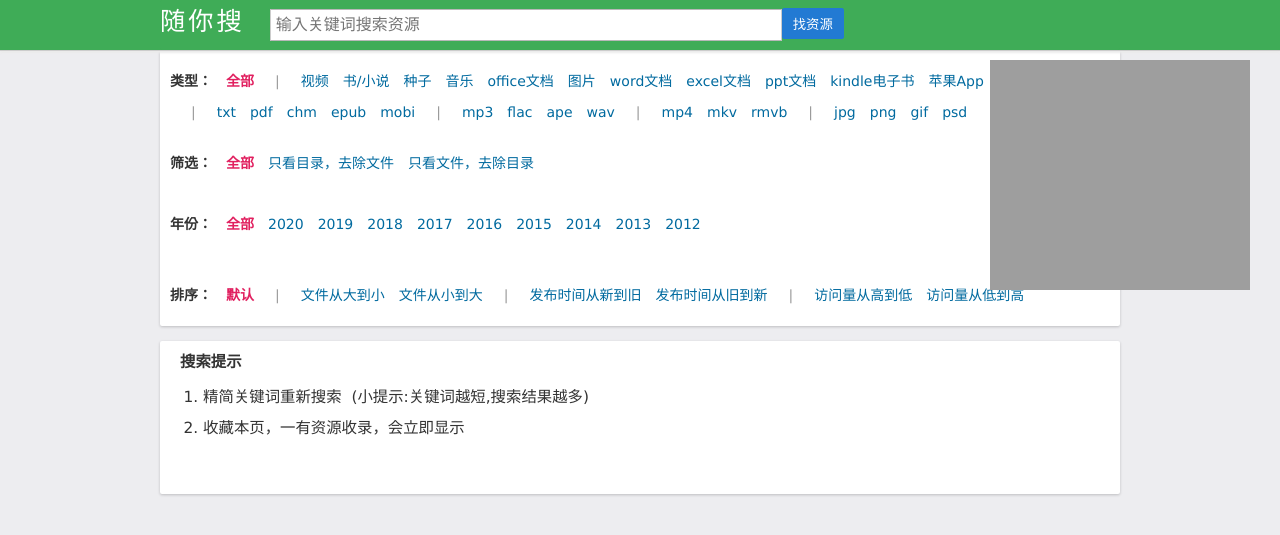
Repository: youngsailsail/nodeStudy
Page: / (app in 爬虫/前端vue/search-book/)
These files come from the project's save history. The page is drawn as it stood at one moment and after the next save; the edit follows.
The browser window is 1280 px wide. The pictures show the whole page.
Pictures or frames that could not be fetched are drawn as grey boxes. The project was rebuilt for these pictures with package versions that can differ from the ones it lists, and the page was loaded fresh each time. Also part of the build but not shown: 爬虫/前端vue/search-book/vue.config.js.

Above is the page before, as saved 2020-05-09 22:45:36.

### 爬虫/前端vue/search-book/src/App.vue
<template>
  <div id="app">
    <Search />
    <FilterBook />
    <List />
  </div>
</template>

<script>
import Search from "./components/Search.vue";
import FilterBook from "./components/FilterBook.vue";
import List from "./components/List.vue";

export default {
  name: "App",
  components: {
    Search,
    FilterBook,
    List
  }
};
</script>

<style>
@import "./assets/css/screen.css";
@import "./assets/css/app.css";
</style>

### 爬虫/前端vue/search-book/src/assets/css/screen.css
/* reset.css */
html {margin:0;padding:0;border:0;}
body, div, span, object, iframe, h1, h2, h3, h4, h5, h6, p, blockquote, pre, a, abbr, acronym, address, code, del, dfn, em, img, q, dl, dt, dd, ol, ul, li, fieldset, form, label, legend, table, caption, tbody, tfoot, thead, tr, th, td, article, aside, dialog, figure, footer, header, hgroup, nav, section {margin:0;padding:0;border:0;font-size:100%;font:inherit;vertical-align:baseline;}
body {line-height:1.5;background:white;}
table {border-collapse:separate;border-spacing:0;}
caption, th, td {text-align:left;font-weight:normal;float:none !important;}
table, th, td {vertical-align:middle;}
blockquote:before, blockquote:after, q:before, q:after {content:'';}
blockquote, q {quotes:"" "";}
a img {border:none;}
:focus {outline:0;}

/* typography.css */
html {font-size:100.01%;}
body {font-size:75%;color:#222;background:#fff;font-family:"Helvetica Neue", Arial, Helvetica, sans-serif;}
a {color:#336699;text-decoration:none;}
a:focus, a:hover {color:#fff;background-color:#336699;}
h1, h2, h3, h4, h5, h6 {font-weight:normal;color:#111;}
h1 {font-size:3em;line-height:1;margin-bottom:0.5em;}
h2 {font-size:2em;margin-bottom:0.75em;}
h3 {font-size:1.5em;line-height:1;margin-bottom:1em;}
h4 {font-size:1.2em;line-height:1.25;margin-bottom:1.25em;}
h5 {font-size:1em;font-weight:bold;margin-bottom:1.5em;}
h6 {font-size:1em;font-weight:bold;}
h1 img, h2 img, h3 img, h4 img, h5 img, h6 img {margin:0;}
p {margin:0 0 1.5em;}
p .left {margin:1.5em 1.5em 1.5em 0;padding:0;}
p .right {margin:1.5em 0 1.5em 1.5em;padding:0;}
img.left {float:left;margin:1.5em 1.5em 1.5em 0;padding:0;}
img.right {float:right;margin:1.5em 0 1.5em 1.5em;}
blockquote {margin:1.5em;color:#666;font-style:italic;}
strong,dfn {font-weight:bold;}
em, dfn {font-style:italic;}
sup, sub {line-height:0;}
abbr, acronym {border-bottom:1px dotted #666;}
address {margin:0 0 1.5em;font-style:italic;}
del {color:#666;}
pre {margin:1.5em 0;white-space:pre;}
pre, code, tt {font:1em 'andale mono', 'lucida console', monospace;line-height:1.5;}
li ul, li ol {margin:0;}
ul, ol {margin:0;}
ul {list-style-type:disc;}
ol {list-style-type:decimal;}
dl {margin:0 0 1.5em 0;}
dl dt {font-weight:bold;}
dd {margin-left:1.5em;}
table {width:100%;}
th {font-weight:bold;}
thead th {background:#c3d9ff;}
th, td, caption {padding:4px 10px 4px 5px;}
tr.even td {background:#e5ecf9;}
tfoot {font-style:italic;}
caption {background:#eee;}

/* forms.css */
label {font-weight:bold;}
fieldset {padding:0 1.4em 1.4em 1.4em;margin:0 0 1.5em 0;border:1px solid #e0e0e0;}
legend {font-weight:bold;font-size:1.2em;margin-top:-0.2em;margin-bottom:1em;}
fieldset, #IE8#HACK {padding-top:1.4em;}
legend, #IE8#HACK {margin-top:0;margin-bottom:0;}
input[type=text], input[type=password], input[type=url], input[type=email], input.text, input.title, textarea {background-color:#fff;border:1px solid #e0e0e0;color:#000;}
input[type=text]:focus, input[type=password]:focus, input[type=url]:focus, input[type=email]:focus, input.text:focus, input.title:focus, textarea:focus {border-color:#7FB9F8;}
select {background-color:#fff;border-width:1px;border-style:solid;}
input[type=text], input[type=password], input[type=url], input[type=email], input.text, input.title, textarea, select {margin:0.5em 0;}
textarea.text, textarea.title input.text, input.title {width:300px;padding:5px;}
textarea.title, input.title {font-size:1.5em;}
textarea {width:390px;height:250px;padding:5px;}
form.inline {line-height:3;}
form.inline p {margin-bottom:0;}

/* grid.css */
.container {width:990px;margin:0 auto;}
.column, div.span-1, div.span-2, div.span-3, div.span-4, div.span-5, div.span-6, div.span-7, div.span-8, div.span-9, div.span-10, div.span-11, div.span-12, div.span-13, div.span-14, div.span-15, div.span-16, div.span-17, div.span-18, div.span-19, div.span-20, div.span-21, div.span-22, div.span-23, div.span-24 {float:left;}
.last, div.last {margin:0 0 0 10px;}
.span-1 {width:50px;}
.span-2 {width:90px;}
.span-3 {width:130px;}
.span-4 {width:185px;}
.span-5 {width:210px;}
.span-6 {width:260px;}
.span-7 {width:290px;}
.span-8 {width:330px;}
.span-9 {width:370px;}
.span-10 {width:410px;}
.span-11 {width:435px;}
.span-12 {width:480px;}
.span-13 {width:515px;}
.span-14 {width:555px;}
.span-15 {width:595px;}
.span-16 {width:635px;}
.span-17 {width:675px;}
.span-18 {width:720px;}
.span-19 {width:770px;}
.span-20 {width:795px;}
.span-21 {width:835px;}
.span-22 {width:875px;}
.span-23 {width:915px;}
.span-24, div.span-24 {width:990px;margin:0;}
hr {background:#ddd;color:#ddd;clear:both;float:none;width:100%;height:.1em;margin:0 0 1.45em;border:none;}
hr.space {background:#fff;color:#fff;}
.container:after {content:"\0020";display:block;height:0;clear:both;visibility:hidden;overflow:hidden;}
.container {display:block;}

### 爬虫/前端vue/search-book/src/components/Search.vue
<template>
  <div class="top-fix-nav">
    <div class="container no-c-border">
      <span class="name">
        <a href="http://www.rufengso.net/">随你搜</a>
      </span>
      <form style="display:inline" @submit.prevent="submit">
        <input
          placeholder="输入关键词搜索资源"
          autocomplete="off"
          maxlength="255"
          type="text"
          class="title"
          name="n"
          v-model="searchTxt"
        />
        <input type="submit" class="s_btn" value="找资源" />
        <!-- <input type="checkbox" id="close_sug" class="sep-left1" checked="checked" />
        <span class="white small2">关闭搜索提示</span>-->
      </form>
    </div>
  </div>
</template>
<script>
import { mapActions } from "vuex";
export default {
  data() {
    return {
      searchTxt: ""
    };
  },
  methods: {
    ...mapActions(["getListData"]),
    submit(e) {
      if (!this.searchTxt) {
        alert("请先输入资源名称");
        return;
      }
      const query = {
        n: this.searchTxt,
        isSearch: true
      };
      this.getListData(query);
    }
  }
};
</script>

### 爬虫/前端vue/search-book/src/components/FilterBook.vue
<template>
  <div class="container sep15-">
    <div class="iframe">
      <iframe height="230" width="260" src="https://www.ximalaya.com/thirdparty/player/album/player.html?id=34013148&type=red" frameborder=0 allowfullscreen></iframe>
    </div>
    <div class="search-toolbox">
      <div class="sep sep1">
        <b>类型：</b>
        <a class="on sep1 isAll" rel="nofollow" data="f-">全部</a>
        <span class="sep">|</span>
        <a rel="nofollow" data="f-f4" title="搜索文件类型：mp4 mkv rmvb avi flv vob mpg">视频</a>
        <a rel="nofollow" data="f-f2" title="搜索文件类型：txt pdf chm rtf epub mobi azw azw3 kfx">书/小说</a>
        <a rel="nofollow" data="f-f5" title="搜索文件类型：torrent">种子</a>
        <a rel="nofollow" data="f-f3" title="搜索文件类型：mp3 flac ape wav">音乐</a>
        <a rel="nofollow" data="f-f1" title="搜索文件类型：doc docx xls xlsx ppt pptx wps">office文档</a>
        <a rel="nofollow" data="f-f6" title="搜索文件类型：jpg jpeg png gif bmp">图片</a>
        <a rel="nofollow" data="f-f7" title="搜索文件类型：doc docx">word文档</a>
        <a rel="nofollow" data="f-f8" title="搜索文件类型：xls xlsx">excel文档</a>
        <a rel="nofollow" data="f-f9" title="搜索文件类型：ppt pptx">ppt文档</a>
        <a rel="nofollow" data="f-f10" title="搜索文件类型：mobi azw azw3 kfx">kindle电子书</a>
        <a rel="nofollow" data="f-f11" title="搜索文件类型：ipa">苹果App</a>
        <a rel="nofollow" data="f-f12" title="搜索文件类型：apk">安卓App</a>
        <a rel="nofollow" data="f-f13" title="搜索文件类型：zip rar 7z gzip tar gz bz2">压缩包</a>
        <span class="sep">|</span>
        <a rel="nofollow" data="f-txt">txt</a>
        <a rel="nofollow" data="f-pdf">pdf</a>
        <a rel="nofollow" data="f-chm">chm</a>
        <a rel="nofollow" data="f-epub">epub</a>
        <a rel="nofollow" data="f-mobi">mobi</a>
        <span class="sep">|</span>
        <a rel="nofollow" data="f-mp3">mp3</a>
        <a rel="nofollow" data="f-flac">flac</a>
        <a rel="nofollow" data="f-ape">ape</a>
        <a rel="nofollow" data="f-wav">wav</a>
        <span class="sep">|</span>
        <a rel="nofollow" data="f-mp4">mp4</a>
        <a rel="nofollow" data="f-mkv">mkv</a>
        <a rel="nofollow" data="f-rmvb">rmvb</a>
        <span class="sep">|</span>
        <a rel="nofollow" data="f-jpg">jpg</a>
        <a rel="nofollow" data="f-png">png</a>
        <a rel="nofollow" data="f-gif">gif</a>
        <a rel="nofollow" data="f-psd">psd</a>
        <span class="sep">|</span>
        <a rel="nofollow" data="f-rar">rar</a>
        <a rel="nofollow" data="f-zip">zip</a>
        <a rel="nofollow" data="f-7z">7z</a>
      </div>
      <div class="sep sep2">
        <b>筛选：</b>
        <a class="on sep2 isAll" rel="nofollow" data="nd-">全部</a>
        <a rel="nofollow" data="nd-d">只看目录，去除文件</a>
        <a rel="nofollow" data="nd-f">只看文件，去除目录</a>
      </div>
      <div class="sep sep3">
        <b>年份：</b>
        <a class="on sep3 isAll" rel="nofollow" data="y-" title="只看全部年分享的资源">全部</a>
        <a rel="nofollow" data="y-2020" title="只看2020年分享的资源">2020</a>
        <a rel="nofollow" data="y-2019" title="只看2019年分享的资源">2019</a>
        <a rel="nofollow" data="y-2018" title="只看2018年分享的资源">2018</a>
        <a rel="nofollow" data="y-2017" title="只看2017年分享的资源">2017</a>
        <a rel="nofollow" data="y-2016" title="只看2016年分享的资源">2016</a>
        <a rel="nofollow" data="y-2015" title="只看2015年分享的资源">2015</a>
        <a rel="nofollow" data="y-2014" title="只看2014年分享的资源">2014</a>
        <a rel="nofollow" data="y-2013" title="只看2013年分享的资源">2013</a>
        <a rel="nofollow" data="y-2012" title="只看2012年分享的资源">2012</a>
      </div>
      <div class="sep sep4">
        <b>排序：</b>
        <a class="on sep4 isAll" rel="nofollow" data="s-" isAll>默认</a>
        <span class="sep">|</span>
        <a rel="nofollow" data="s-size1">文件从大到小</a>
        <a rel="nofollow" data="s-size2">文件从小到大</a>
        <span class="sep">|</span>
        <a rel="nofollow" data="s-feedtime1">发布时间从新到旧</a>
        <a rel="nofollow" data="s-feedtime2">发布时间从旧到新</a>
        <span class="sep">|</span>
        <a rel="nofollow" data="s-vcnt1">访问量从高到低</a>
        <a rel="nofollow" data="s-vcnt2">访问量从低到高</a>
      </div>
    </div>
  </div>
</template>
<script>
import { mapState, mapActions, mapMutations } from "vuex";
export default {
  data() {
    return {
      queryObj: {}
    };
  },
  computed: {
    ...mapState(["listData"])
  },
  mounted() {
    let that = this;
    document.querySelectorAll(".search-toolbox a").forEach(element => {
      element.addEventListener("click", function() {
        let parentClass = this.parentNode.classList[1];
        let selectClass = `.on.${parentClass}`;
        if (document.querySelector(selectClass)) {
          document
            .querySelector(selectClass)
            .classList.remove("on", parentClass);
        }
        this.classList.add("on", parentClass);
        let [key, val] = this.getAttribute("data").split("-");
        that.queryObj = {
          ...that.queryObj,
          [key]: val
        };
        that.getData();
      });
    });
  },
  watch: {
    listData(newVal, oldVal) {
      if (!newVal) return;
      const { isSearch } = newVal;
      if (isSearch) {
        this.queryObj = {};
        this.setQueryObj({});
        this.$forceUpdate();
        document.querySelectorAll("a.on").forEach(element => {
          let parentClass = element.parentNode.classList[1];
          element.classList.remove("on", parentClass);
        });
        document.querySelectorAll("a.isAll").forEach(element => {
          let parentClass = element.parentNode.classList[1];
          element.classList.add("on", parentClass);
        });
      }
    }
  },
  methods: {
    ...mapActions(["getListData"]),
    ...mapMutations(["setQueryObj"]),
    getData() {
      let query = {
        n: this.listData.bookName,
        isFilter: true,
        ...this.queryObj
      };
      this.setQueryObj(query);
      if (!this.listData.bookName) return;
      this.getListData(query);
    }
  }
};
</script>
<style lang="scss" scoped>
.container {
  position: relative;
}
.iframe {
  position: fixed;
  right: 30px;
  top: 60px;
}
.container {
  padding-top: 51px;
}
.search-toolbox a {
  cursor: pointer;
  text-decoration: none;
}
</style>

### 爬虫/前端vue/search-book/src/components/List.vue
<template>
  <div class="container" v-if="listData">
    <div class="search-page">
      <div v-if="listData.bookName">
        随你搜为您找到
        <h1 class="inline">
          <span class="red sep-both05 bold">{{listData.bookName}}</span>相关的网盘资源
        </h1>
        <span class="red sep-both05 bold">{{listData.count}}</span>条
      </div>
      <div class="row" style="background-color: white;" v-for="(item,index) in listData.list" :key="index">
        <h3>
          <a @click="toDetail(item)" :title="item.title" @click.prevent="getSource(item)" class="box-title">
            <span class="highlight">{{item.title}}</span>
          </a>
        </h3>
        <p>
          <img :title="item.type" width="16" height="16" :src="item.src" />&nbsp;&nbsp;
          <span class="size">{{item.size}}</span>
          <span class="small">由{{item.author}} &nbsp; ---- &nbsp;于{{item.date}}发布</span>
        </p>
      </div>
      <div class="page-list" v-if="listData.bookName && listData.count">
        <button title="上一页" :disabled="currentPage==1" @click.prevent="toGetData(currentPage-1)">上一页</button>
        <span class="current">&nbsp;&nbsp;第{{currentPage}}页&nbsp;&nbsp;</span>
        <button title="下一页" :disabled="currentPage==pageCount" @click.prevent="toGetData(currentPage+1)">下一页</button>&nbsp;
        <a v-show="pageCount>1&&currentPage<pageCount" title="尾页" @click.prevent="toGetData(pageCount)">尾页</a>
        <a v-show="pageCount>1&&currentPage==pageCount" title="首页" @click.prevent="toGetData(1)">首页</a>
        <br />跳页&nbsp;
        <input name="custompage" class="custompage" title="输入页码，按回车快速跳转" type="number" v-model.trim="size" @keydown.enter="toGetData(size)" :max="pageCount" :min="1" /> &nbsp;/{{pageCount}}页&nbsp;&nbsp;
        <span class="pcount">共{{pageCount}}页&nbsp;&nbsp;</span>
        <span class="total">{{listData.count}}项&nbsp;&nbsp;</span>&nbsp;&nbsp;
        <span v-if="size>pageCount" class="highlight">输入值最大为{{pageCount}}</span>
      </div>
      <div class="search-page" v-else>
        <div class="sep large" style="padding-top:10px">
          <b>搜索提示</b>
          <ol>
            <li>精简关键词重新搜索&nbsp;&nbsp;(小提示:关键词越短,搜索结果越多)</li>
            <li>收藏本页，一有资源收录，会立即显示</li>
          </ol>
        </div>
        <br class="bothall" />
      </div>
    </div>
    <div style="margin-top:30px"></div>
  </div>
</template>
<script>
import { mapState, mapActions } from "vuex";
export default {
  data() {
    return {
      currentPage: 1,
      size: 1,
      source: null
    };
  },
  computed: {
    ...mapState(["listData", "queryObj"]),
    pageCount() {
      return Math.ceil(this.listData.count / 30);
    }
  },
  methods: {
    ...mapActions(["getListData"]),
    toGetData(index) {
      if (index > this.pageCount) {
        return;
      }
      this.currentPage = index;
      if (!this.listData.bookName) return;
      const query = {
        ...this.queryObj,
        n: this.listData.bookName,
        pageIndex: index,
        isFilter: false
      };
      this.getListData(query);
    },
    async toDetail(item) {
      let { url } = await this.$api.get("/getBookUrl", {
        params: {
          href: item.href
        }
      });
      var arg =
        '\u003cscript\u003elocation.replace("' + url + '")\u003c/script\u003e';
      window.open("javascript:window.name;", arg);
    }
    // cancel() {
    //   this.source.cancel("这里你可以输出一些信息，可以在catch中拿到");
    // }
  },
  watch: {
    listData(newVal, oldVal) {
      if (!newVal) return;
      const { isFilter, isSearch } = newVal;
      if (isFilter || isSearch) {
        this.currentPage = 1;
        this.size = 1;
      }
    }
  }
};
</script>
<style lang="scss" scoped>
.activeBtn {
  background-color: #227ad3;
  color: white;
}
.page-list {
  a {
    text-decoration: none;
    cursor: pointer;
  }
}
.custompage {
  padding-left: 5px;
  width: 50px;
  text-align: center;
}
.small {
  margin-left: 20px;
}
.box-title {
  cursor: pointer;
  width: 80%;
  display: inline-block;
  overflow: hidden; //超出的文本隐藏
  text-overflow: ellipsis; //溢出用省略号显示
  white-space: nowrap;
}
</style>

Loaded but not shown: 爬虫/前端vue/search-book/public/index.html (common file); 爬虫/前端vue/search-book/src/util/http.js (53 lines, source omitted); 爬虫/前端vue/search-book/src/store/index.js (39 lines, source omitted); 爬虫/前端vue/search-book/src/main.js (11 lines, source omitted); 爬虫/前端vue/search-book/src/assets/css/app.css (1467 lines, source omitted)

After the next save:
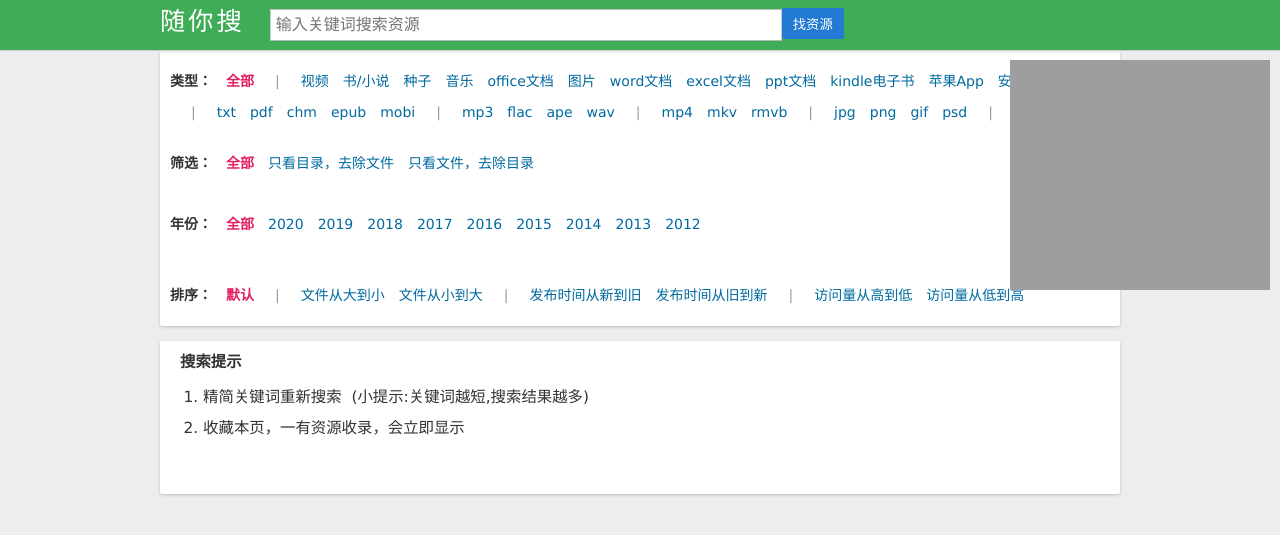
Saved 8 s later.
--- a/爬虫/前端vue/search-book/src/components/FilterBook.vue
+++ b/爬虫/前端vue/search-book/src/components/FilterBook.vue
@@ -154,7 +154,7 @@ export default {
 }
 .iframe {
   position: fixed;
-  right: 30px;
+  right: 10px;
   top: 60px;
 }
 .container {
